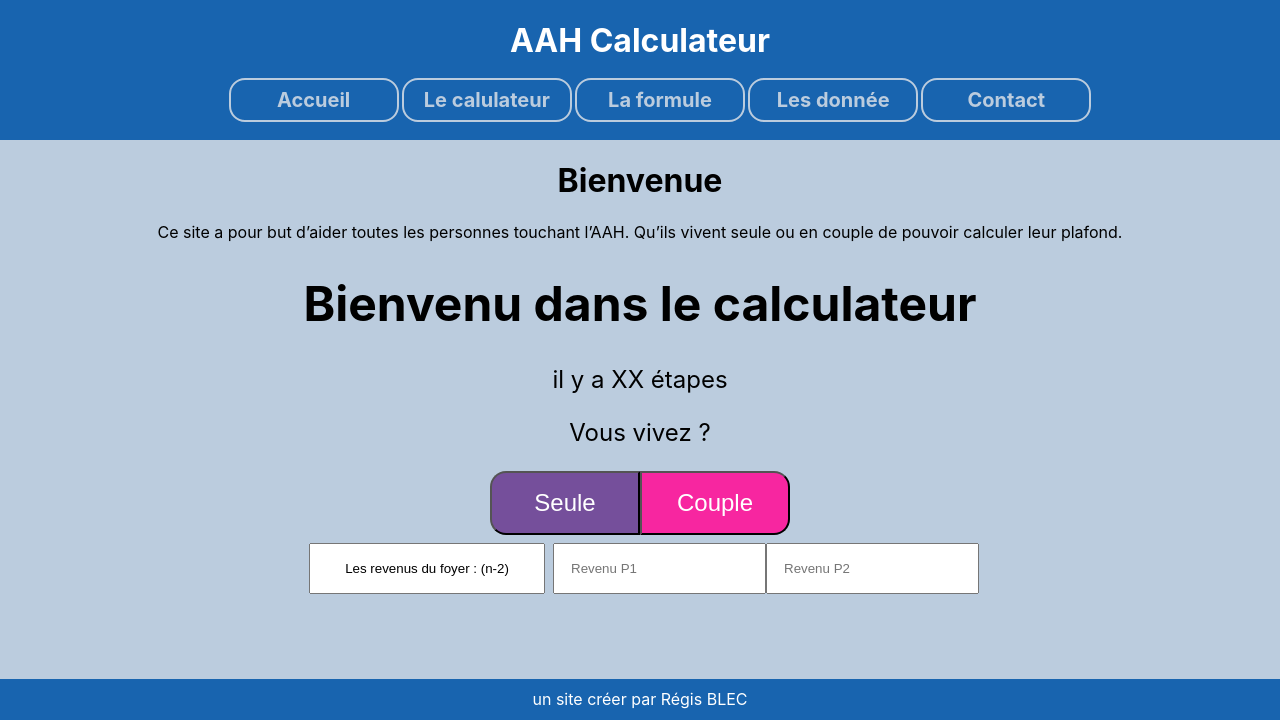
Repository: Cide74/calculateur-aah
Page: /
The author's editor kept a copy of each file at every save. The page is drawn from the files as they stood at one save, then again after the next save.
The browser window is 1280 px wide. The pictures show the whole page.
The project was rebuilt for these pictures with package versions that can differ from the ones it lists, and the page was loaded fresh each time.

Above is the page before, as saved 2021-04-05 18:38:56.

### public/index.html
<!DOCTYPE html>
<html lang="fr">
  <head>
    <meta charset="utf-8" />
    <link rel="icon" href="%PUBLIC_URL%/logoAAH.ico" />
    <meta name="viewport" content="width=device-width, initial-scale=1" />
    <meta name="theme-color" content="#000000" />
    <meta
      name="description"
      content="Web site created using create-react-app"
    />
    <link rel="apple-touch-icon" href="%PUBLIC_URL%/logoAAH.jpg" />
    <!--
      manifest.json provides metadata used when your web app is installed on a
      user's mobile device or desktop. See https://developers.google.com/web/fundamentals/web-app-manifest/
    -->
    <link rel="manifest" href="%PUBLIC_URL%/manifest.json" />
    <!--
      Notice the use of %PUBLIC_URL% in the tags above.
      It will be replaced with the URL of the `public` folder during the build.
      Only files inside the `public` folder can be referenced from the HTML.

      Unlike "/favicon.ico" or "favicon.ico", "%PUBLIC_URL%/favicon.ico" will
      work correctly both with client-side routing and a non-root public URL.
      Learn how to configure a non-root public URL by running `npm run build`.
    -->
    <title>React App</title>
  </head>
  <body>
    <noscript>You need to enable JavaScript to run this app.</noscript>
    <div id="root"></div>
    <!--
      This HTML file is a template.
      If you open it directly in the browser, you will see an empty page.

      You can add webfonts, meta tags, or analytics to this file.
      The build step will place the bundled scripts into the <body> tag.

      To begin the development, run `npm start` or `yarn start`.
      To create a production bundle, use `npm run build` or `yarn build`.
    -->
  </body>
</html>

### src/index.css
body {
  margin: 0;
  font-family: -apple-system, BlinkMacSystemFont, 'Segoe UI', 'Roboto', 'Oxygen',
    'Ubuntu', 'Cantarell', 'Fira Sans', 'Droid Sans', 'Helvetica Neue',
    sans-serif;
  -webkit-font-smoothing: antialiased;
  -moz-osx-font-smoothing: grayscale;







  background-color:#BBCCDE;
  background-color:#1864AF;
}

code {
  font-family: source-code-pro, Menlo, Monaco, Consolas, 'Courier New',
    monospace;
}

### src/App.js
import Header from './components/Header/Header';
import Menu from './components/Menu/Menu';
import Main from './components/Main/Main';
import Footer from './components/Footer/Footer';

import './App.scss';

function App() {
  return (
    <div className="App">
      <Header />
      <Menu />
      <Main />
      <Footer />
    </div>
  );
}

export default App;

### src/components/Header/Header.js
//import Menu from '../Menu/Menu';
import './Header.scss';

export default function Header() {
  return (
    <div className="header">
      <h1 className="header-title">AAH Calculateur</h1>

    </div>
  );
}

### src/components/Menu/Menu.js

import './Menu.scss';

export default function Menu() {
  return (
		<nav className="menu">
			<ul className="menu__list">
				<li className="menu__item menu__item--current">
          <a className="menu__link">Accueil</a></li>
				<li className="menu__item">
          <a className="menu__link">Le calulateur</a></li>
				<li className="menu__item">
          <a className="menu__link">La formule</a></li>
				<li className="menu__item">
          <a className="menu__link">Les donnée</a></li>
				<li className="menu__item">
          <a className="menu__link">Contact</a></li>
			</ul>
		</nav>
  );
}

### src/components/Main/Main.js
import Home from '../Home/Home';
import Calculator from '../Calculator/Calculator';

import './Main.scss';

export default function Main() {
  return (
    <div className="Main">
      < Home />
      < Calculator />

    </div>
  );
}

### src/components/Footer/Footer.js
import './Footer.scss';

export default function Footer() {
  return (
    <div className="Footer">
      <h1 className="Footer-title">un site créer par Régis BLEC</h1>
    </div>
  );
}

### src/App.scss
.App {

  text-align: center;
  background-color:#1864AF ;
  background-color:#BBCCDE;

  display: flex;
  flex-direction: column;
  min-height: 100vh;

  h1 {
   // color:white;
  }
}

### src/components/Header/Header.scss
.header {
    background-color:#1864AF;
    &-title {
        color: white;
        font-size: 2em;
        background-color:#1864AF;
        margin-bottom: 0rem ;
    }
}

### src/components/Menu/Menu.scss
.menu {
    color:#BBCCDE;
    background-color:#1864AF;
    &__list {
        display:inline-flex;
    }
    &__item {
        max-width: auto;
        margin:0.1rem;
        padding: 0.5rem;
        list-style:none;
        font-size: 1.25em;
        font-weight: bolder;
        border-radius: 1rem ;
        border:2px solid #BBCCDE;
        min-width: 150px;
    }
    &__item:hover {
            color :#1864AF;
            border-radius: 3rem ;
            background-color:#BBCCDE;
        }
}

### src/components/Home/Home.js


import './Home.scss';

export default function Home() {
  return (
    <div className='Home'>
      <h1>Bienvenue</h1>
      <p>Ce site a pour but d’aider toutes les personnes touchant l’AAH. Qu’ils vivent seule ou en couple de pouvoir calculer leur plafond. </p>

    </div>
  );
}

### src/components/Calculator/Calculator.js
import React from 'react';
import { Button } from 'semantic-ui-react'

import './Calculator.scss';

export default function Calculator() {

  return (
    <div className='calculateur'>



      <h1>Bienvenu dans le calculateur</h1>
      <p>il y a XX étapes </p>
        <form className="form">

          <div className='form-situation'>
            {/*
            <input
              type='text'
              className='form-situation-text'
              //onChange= ''
              value="Votre situation:"
              name='revenu-text'
            />*/}
            <p>Vous vivez ?</p>
            <Button
              className='form-situation-seule'
              content='Seule'
              name='Seule'
              />
            <Button
              className='form-situation-couple'
              content='Couple'
              name='Couple'
              />


          </div>
        </form>
      <form className='form'>
        <div className="field-revenu">
          <input
            type='text'
            className='field-input-revenu-text'
            onChange= ''
            value="Les revenus du foyer : (n-2)"
            name='revenu-text'
          />
          <input
            type='number'
            className='field-input-revenu'
            onChange= ''
            value=""
            //onChange={handleChange}
            placeholder='Revenu P1 '
            name='revenu1'
          />
          <input
            type='number'
            className='field-input-revenu'
            onChange= ''
            value=""
            //onChange={handleChange}
            placeholder='Revenu P2 '
            name='revenu1'
          />
        </div>
      </form>
    </div>
  );
}

### src/components/Main/Main.scss
.Main {
    background-color: #BBCCDE;
    flex: 1;


    p {
    overflow: auto;
    }

}

### src/components/Footer/Footer.scss
.Footer {

    text-align: center;
    background-color:#1864AF;

    position: relative;
    width: 100%;

    &-title {
        text-align: center;
        text-overflow: clip;
        color:white;
        font-weight: normal;
        font-size: 1em;
    }

}

### src/components/Calculator/Calculator.scss
.calculateur {
   // color:orange;
    font-size: 1.5rem;
    .form {
        text-align: center;

        &-situation-text {
            color:red;
            margin: 0.25rem;
            padding: 1rem;
            border-radius: 1rem 0rem 0rem 1rem;
        }
        &-situation-seule {
            font-size: 1.5rem;
            color:white;
            background-color: rgb(117, 79, 155);
            border-radius: 1rem 0rem 0rem 1rem;
            margin: 0rem;
            padding: 1rem;
            width: 150px;
        }
        &-situation-couple {
            font-size: 1.5rem;
            color:white;
            background-color: rgb(247, 38, 160);
            border-radius: 0rem 1rem 1rem 0rem;
            margin: 0rem;
            padding: 1rem;
            width: 150px;
        }
    }


    .field-input-revenu {
        color:red;

        width: max-content;
        padding: 1rem;

        &-text {
            text-align: center;
            width: 200px;
            margin: 0.5rem;
            padding: 1rem;
        }}
}

Loaded but not shown: src/index.js (common file); src/reportWebVitals.js (common file); src/components/Home/Home.scss (no stored copy; drawn as an empty file)

After the next save:
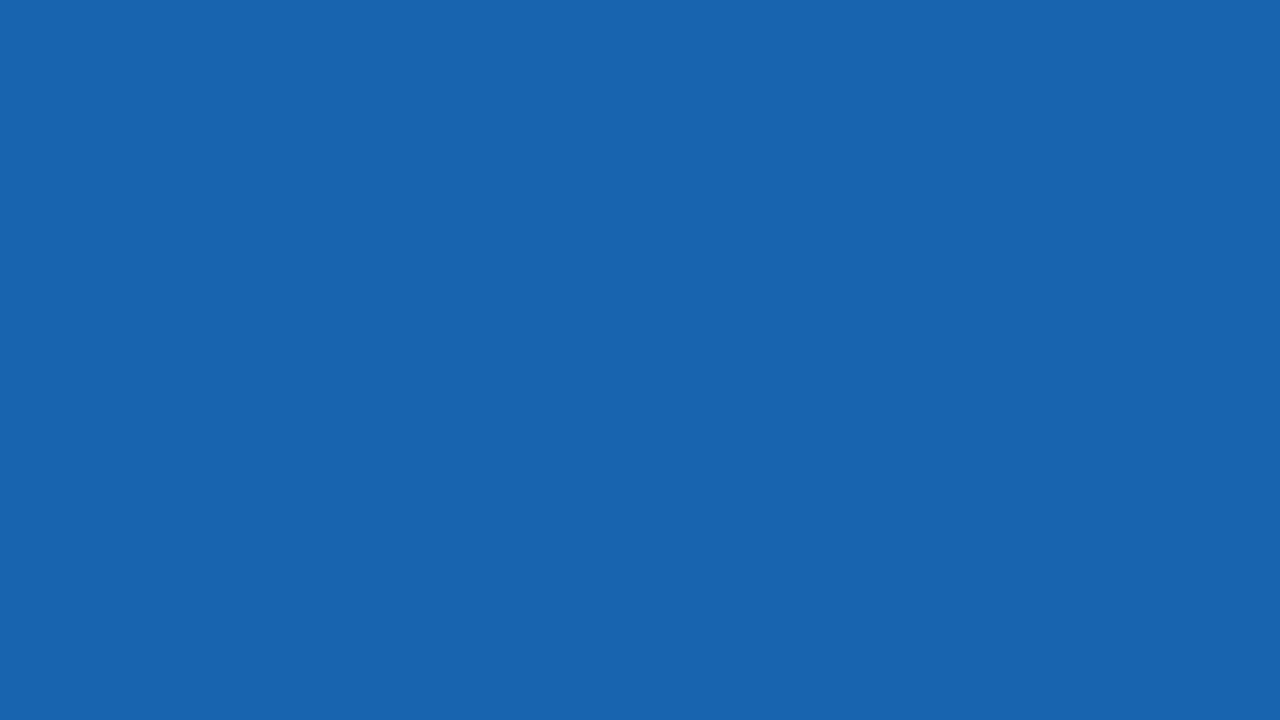
Console error: ReferenceError: Button is not defined
Saved 66 s later.
--- a/src/components/Calculator/Calculator.js
+++ b/src/components/Calculator/Calculator.js
@@ -1,5 +1,5 @@
 import React from 'react';
-import { Button } from 'semantic-ui-react'
+//import { Button } from 'semantic-ui-react'
 
 import './Calculator.scss';
 

After the save that followed:
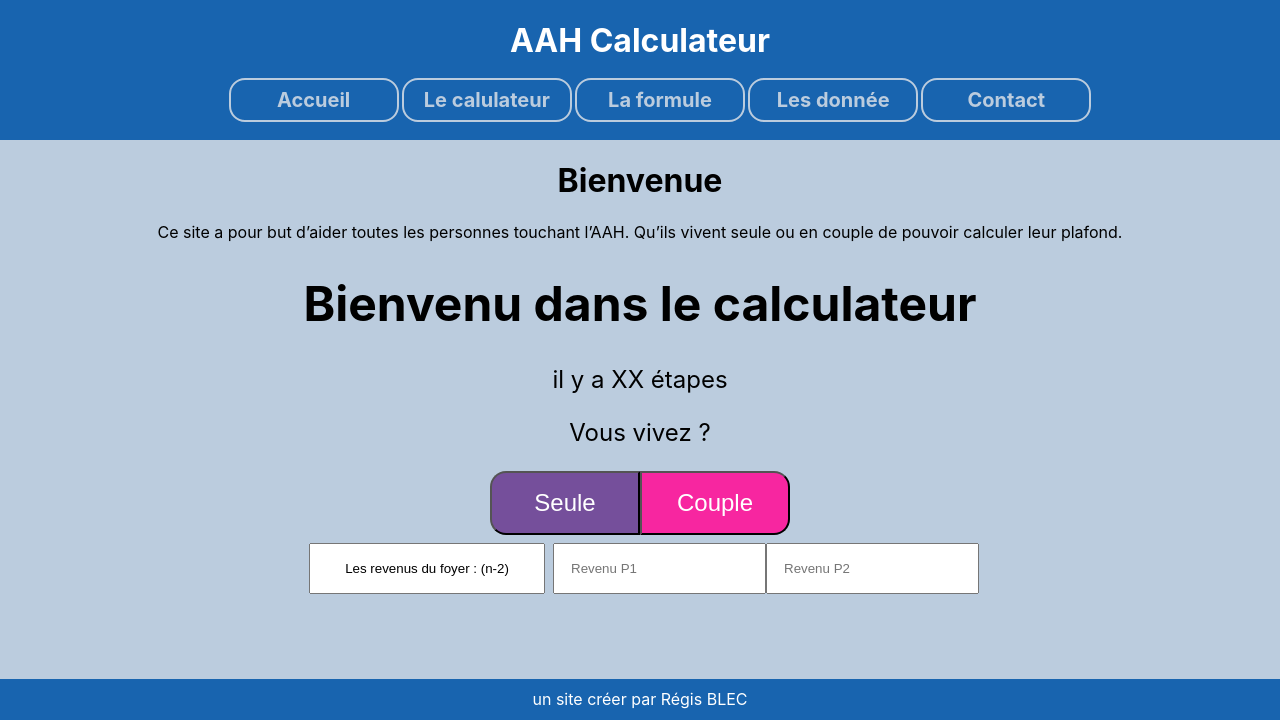
The error is gone.
Saved 9 s later.
--- a/src/components/Calculator/Calculator.js
+++ b/src/components/Calculator/Calculator.js
@@ -1,5 +1,5 @@
 import React from 'react';
-//import { Button } from 'semantic-ui-react'
+import { Button } from 'semantic-ui-react'
 
 import './Calculator.scss';
 
